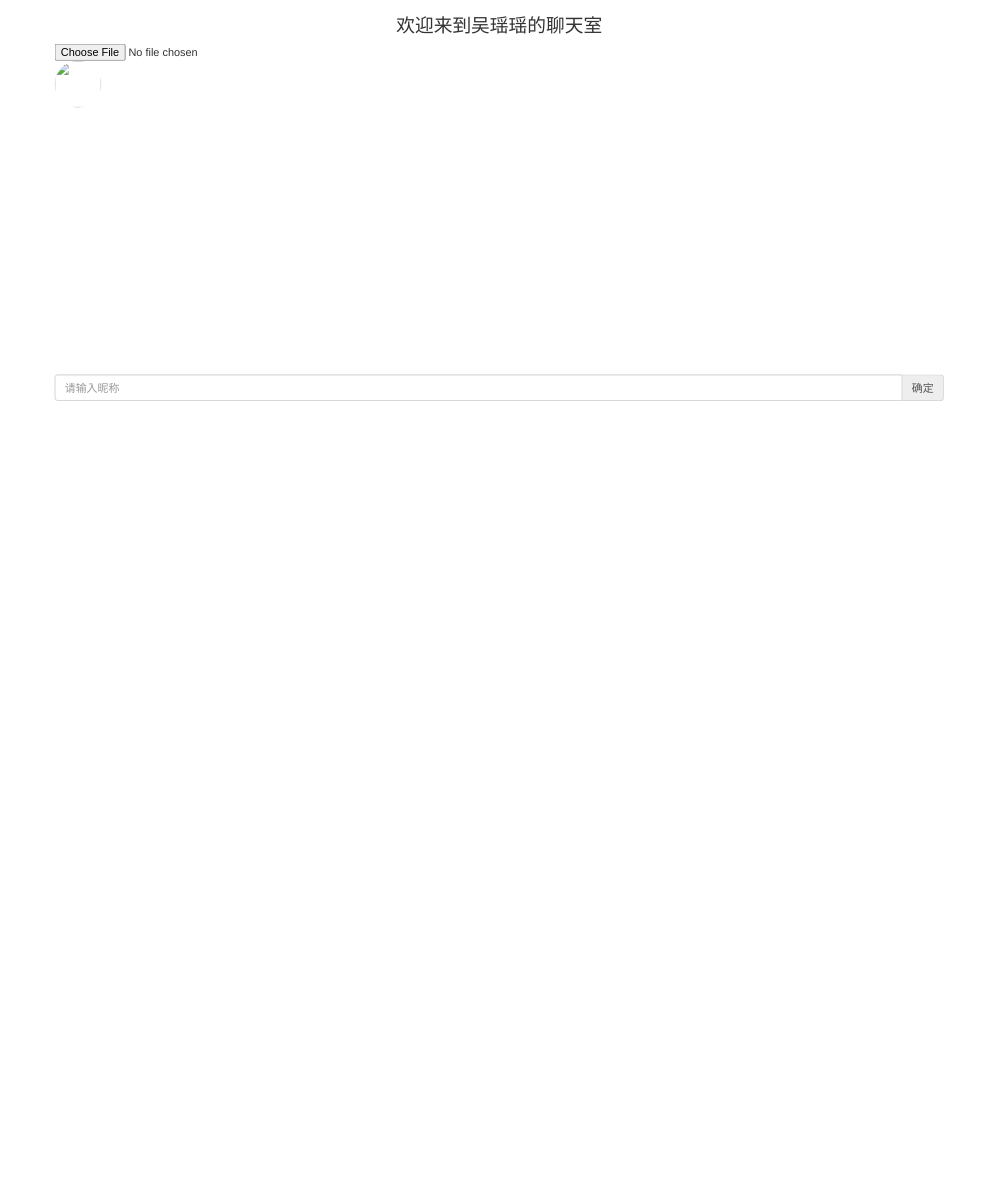
Repository: wyy511/node-socket.io
Page: client.html
The author's editor kept a copy of each file at every save. The page is drawn from the files as they stood at one save, then again after the next save.
The browser window is 1280 px wide. The pictures show the whole page, at 78% of full size.
The page's requests for data from a server got no answer. Some web libraries are served in a nearby version.

Above is the page before, as saved 2019-11-21 15:26:02.
Console error (its wording comes from the project's code and is left out).

### client.html
<!DOCTYPE html>
<html lang="en">
<head>
  <meta charset="UTF-8">
  <meta name="viewport" content="width=device-width, initial-scale=1.0">
  <meta http-equiv="X-UA-Compatible" content="ie=edge">
  <title>吴瑶瑶的聊天室</title>
  <style>
    *{
      margin: 0;
      padding: 0;
    }
    .container {
      width: 100%;
      height: 100%;
      overflow: hidden;
    }
    .title {
      text-align: center;
    }
    .login-input {
      margin-top: 30%;
    }
    .avatar {
      width: 60px;
      height: 60px;
      border-radius: 50%;
    }
    #msgBox {
      display: none;
    }
    #content {
      height: -webkit-calc(100vh - 150px);
      height: -moz-calc(100vh - 150px);
      height: -ms-calc(100vh - 150px);
      height: -o-calc(100vh - 150px);
      height: calc(100vh - 100px);
    }
    .content-title {
      text-align: center;
    }
    .content-left {
      text-align: left;
    }
    .content-right {
      text-align: right;
    }
    footer {
      position: absolute;
      left: 0;
      right: 0;
      bottom: 0;
    }
  </style>
  <!-- 最新版本的 Bootstrap 核心 CSS 文件 -->
<link rel="stylesheet" href="https://cdn.jsdelivr.net/npm/bootstrap@3.3.7/dist/css/bootstrap.min.css" integrity="sha384-BVYiiSIFeK1dGmJRAkycuHAHRg32OmUcww7on3RYdg4Va+PmSTsz/K68vbdEjh4u" crossorigin="anonymous">
<!-- 最新的 Bootstrap 核心 JavaScript 文件 -->
<script src="https://cdn.jsdelivr.net/npm/bootstrap@3.3.7/dist/js/bootstrap.min.js" integrity="sha384-Tc5IQib027qvyjSMfHjOMaLkfuWVxZxUPnCJA7l2mCWNIpG9mGCD8wGNIcPD7Txa" crossorigin="anonymous"></script>
</head>
<body>
  <div class="container">
    <header>
      <h3 class="title">欢迎来到吴瑶瑶的聊天室</h3>
    </header>
    <div id="nameBox">
      <div class="login-avatar">
        <input accept="image/png,image/gif,image/jpeg" type="file" onchange='uploadImage(this)'/>
        <img src="" id="upload-avatar" class="avatar" />
      </div>
      <div class="input-group login-input">
        <input id="name" class="form-control" type="text" placeholder="请输入昵称" />
        <span id="nameBtn" class="input-group-addon">确定</span>
      </div>
      <div id="imgPreview" style='width: 500px; height: 400px;'>
      </div>
    </div>
    <div id="content"></div>
    <footer>
      <div id="msgBox">
        <div class="input-group">
          <input id="msg" class="form-control" type="text" onkeydown="enterChart(event)" placeholder="请输入内容" />
          <span id="msgBtn" class="input-group-addon" onclick="sendChart()">发送</span>
        </div>
      </div>
    </footer>
  </div>
  <script type="text/javascript" src="https://cdn.bootcss.com/socket.io/2.3.0/socket.io.js"></script>
  <script type="text/javascript">
    var socket = io.connect('ws://172.19.162.86:3000');
    var name = '';
    var userId = '';
    const msgBtn = document.getElementById('msgBtn');
    const msgEl = document.getElementById('msg');
    const nameBtn = document.getElementById('nameBtn');
    const nameEl = document.getElementById('name');
    const msgBox = document.getElementById('msgBox');
    const nameBox = document.getElementById('nameBox');
    const content = document.getElementById('content');
    nameBtn.onclick = () => {
      const val = nameEl.value;
      if (!val) return;
      name = val;
      userId = val;
      socket.emit('changeName', name);
      nameEl.value = '';
      nameBox.style.display = 'none';
      msgBox.style.display = 'block';
    }
    // 如果客户端监听到socket消息，那么执行这个方法里的回调，且得到广播的消息
    socket.on("changeName", data => {
      var p = document.createElement("p");
      p.className = "content-title";
      p.innerText = data.msg;
      content.appendChild(p);
    })
    // 上传图片部分
    function uploadImage(img) {
      // 生成一个文件读取的对象
      const reader = new FileReader();
      reader.onload = function (ev) {
          // base64码
          var { result } = ev.target;//或e.target都是一样的
          // document.querySelector("img").src= ev.target.result;
          document.getElementById("upload-avatar").src = result;
          console.log(result)
      }
      //发起异步读取文件请求，读取结果为data:url的字符串形式，
      reader.readAsDataURL(img.files[0]);
    }
    function enterChart (e) {
      if (e.keyCode === 13) {
        sendChart();
      }
    }
    function sendChart () {
      const val = msgEl.value;
      if (!val) return;
      msgEl.value = '';
      socket.emit('chat', {
        userId,
        name,
        msg: val
      });
    }
    // 如果客户端监听到socket消息，那么执行这个方法里的回调，且得到广播的消息
    socket.on("chat", (data) => {
      var p = document.createElement("p");
      p.innerText = data.msg;
      console.log(data.userId, userId)
      if (data.userId === userId) {
        p.className = "content-right";
      } else {
        p.className = "content-left";
      }
      content.appendChild(p);
    })
  </script>
</body>
</html>

After the next save:
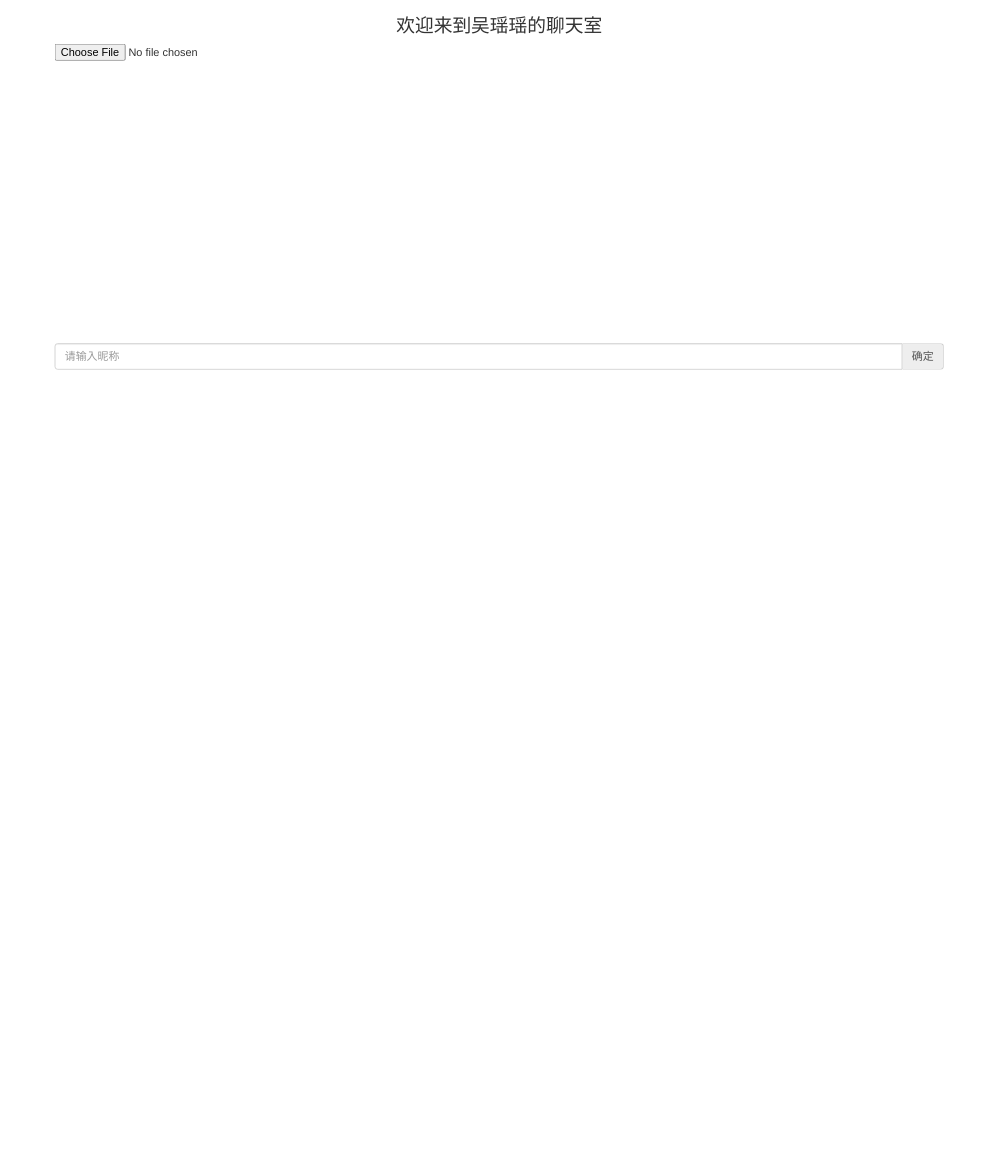
Saved 88 s later.
--- a/client.html
+++ b/client.html
@@ -20,6 +20,9 @@
     }
     .login-input {
       margin-top: 30%;
+    }
+    .upload {
+      display: inline-block;
     }
     .avatar {
       width: 60px;
@@ -64,8 +67,8 @@
     </header>
     <div id="nameBox">
       <div class="login-avatar">
-        <input accept="image/png,image/gif,image/jpeg" type="file" onchange='uploadImage(this)'/>
-        <img src="" id="upload-avatar" class="avatar" />
+        <input class="upload" accept="image/png,image/gif,image/jpeg" type="file" onchange='uploadImage(this)'/>
+        <img src="" class="upload" id="upload-avatar" class="avatar" />
       </div>
       <div class="input-group login-input">
         <input id="name" class="form-control" type="text" placeholder="请输入昵称" />

After the save that followed:
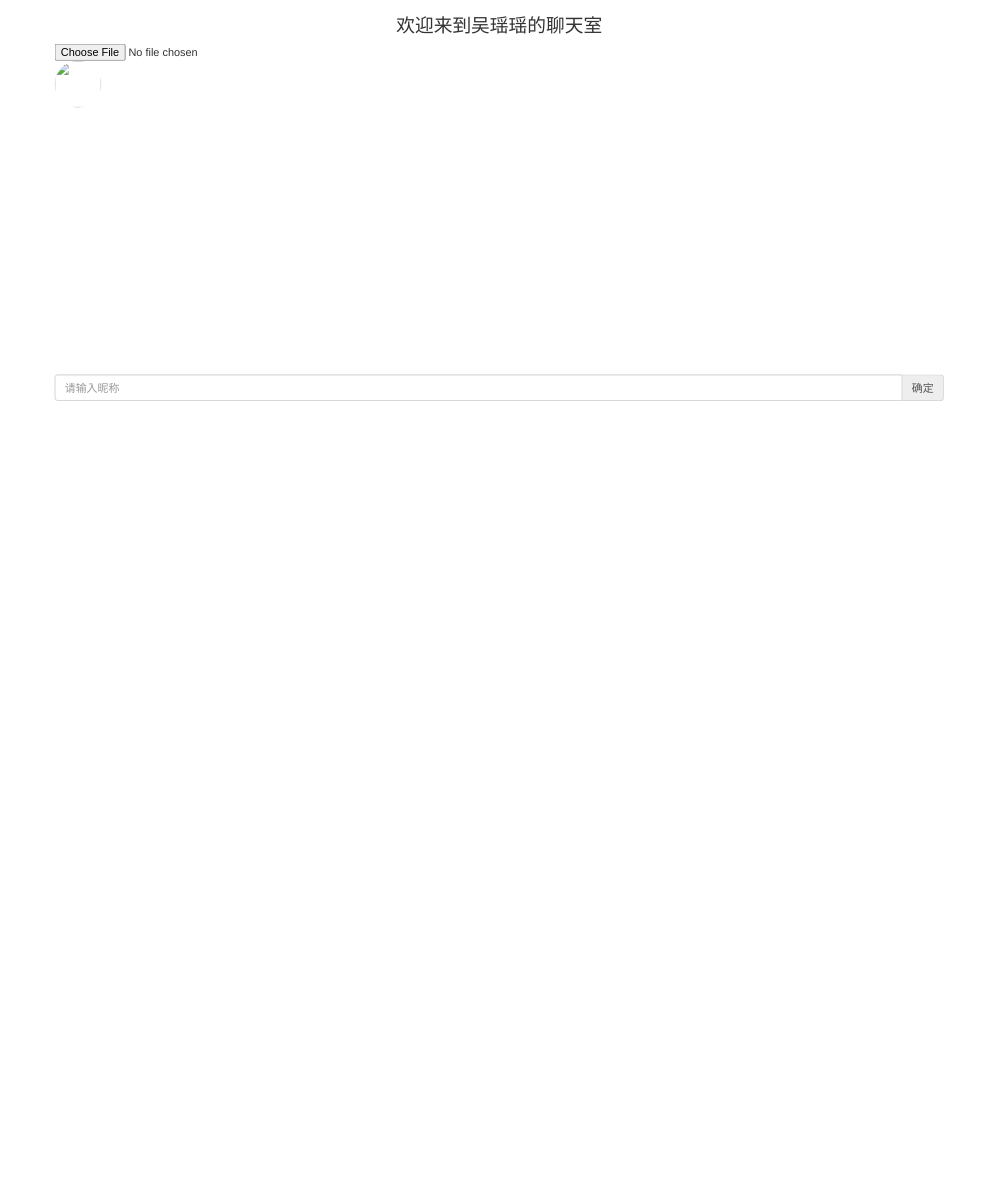
Saved 44 s later.
--- a/client.html
+++ b/client.html
@@ -68,7 +68,7 @@
     <div id="nameBox">
       <div class="login-avatar">
         <input class="upload" accept="image/png,image/gif,image/jpeg" type="file" onchange='uploadImage(this)'/>
-        <img src="" class="upload" id="upload-avatar" class="avatar" />
+        <img src="" id="upload-avatar" class="avatar upload" />
       </div>
       <div class="input-group login-input">
         <input id="name" class="form-control" type="text" placeholder="请输入昵称" />
